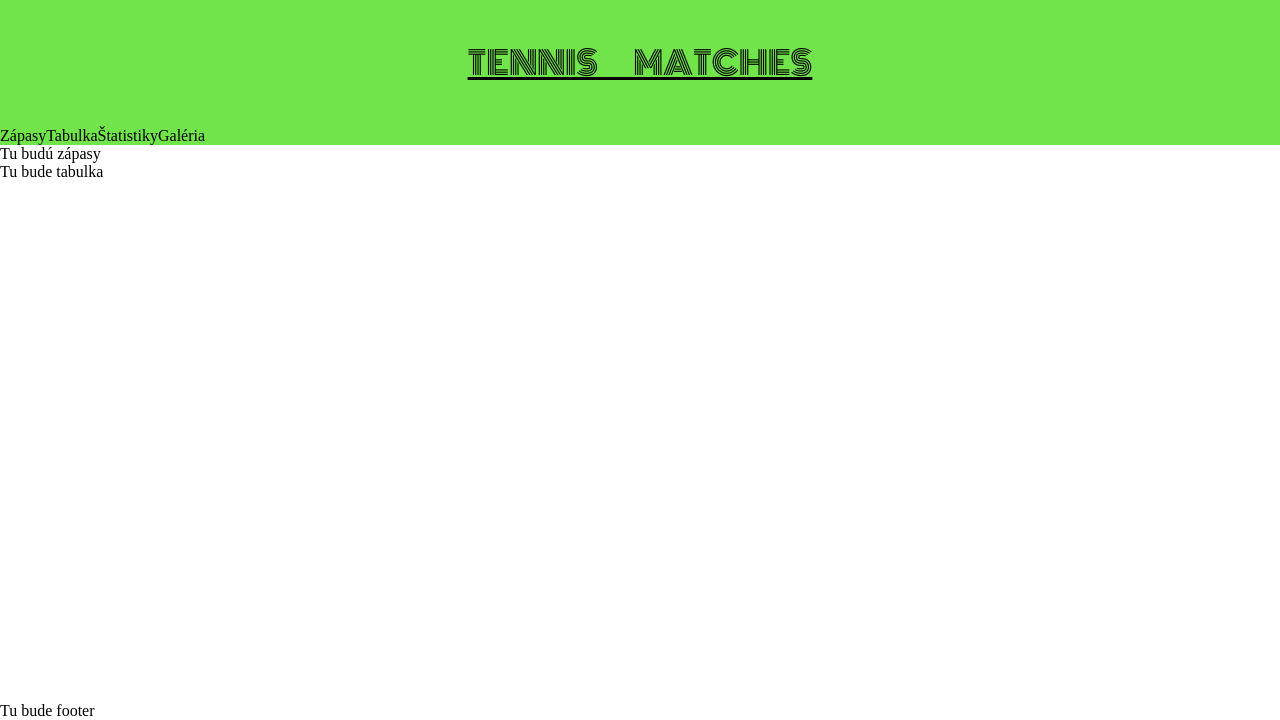
Repository: Badynko/tenis-app
Page: /
These files come from the project's save history. The page is drawn as it stood at one moment and after the next save; the edit follows.
The browser window is 1280 px wide. The pictures show the whole page.
The project was rebuilt for these pictures with package versions that can differ from the ones it lists, and the page was loaded fresh each time.

Above is the page before, as saved 2024-07-10 15:33:02.

### src/index.css
@import url("https://fonts.googleapis.com/css2?family=Monoton&family=Quicksand:wght@500;700&display=swap");

* {
  margin: 0;
  padding: 0;
  box-sizing: border-box;
}

.app {
  width: 100%;
  height: 100vh;
  display: grid;
  grid-template-rows: auto auto 1fr auto;
}

h1 {
  text-decoration: underline;
  word-spacing: 2rem;
  text-align: center;
  background-color: #70e44a;
  font-family: "Monoton";
  font-size: 2rem;
  text-transform: uppercase;
  font-weight: 400;
  padding: 2.4rem 0;
}

.menu {
  text-decoration: none;
  display: flex;
  text-align: center;
  background-color: #70e44a;
  font-size: 1rem;
  font-weight: 400;
}

li {
  list-style-type: none;
}

### src/App.js
export default function App() {
  return (
    <div className="app">
      <Header />
      <Matches />
      <Table />
      <Stats />
    </div>
  );
}

function Header() {
  return (
    <div className="header">
      <h1>Tennis Matches</h1>
      <nav>
        <ul className="menu">
          <li>Zápasy</li>
          <li>Tabulka</li>
          <li>Štatistiky</li>
          <li>Galéria</li>
        </ul>
      </nav>
    </div>
  );
}

function Matches() {
  return (
    <div>
      <p>Tu budú zápasy</p>
    </div>
  );
}

function Table() {
  return (
    <div>
      <p>Tu bude tabulka</p>
    </div>
  );
}

function Stats() {
  return (
    <footer className="stats">
      <p>Tu bude footer</p>
    </footer>
  );
}

Loaded but not shown: public/index.html (common file); src/index.js (common file)

After the next save:
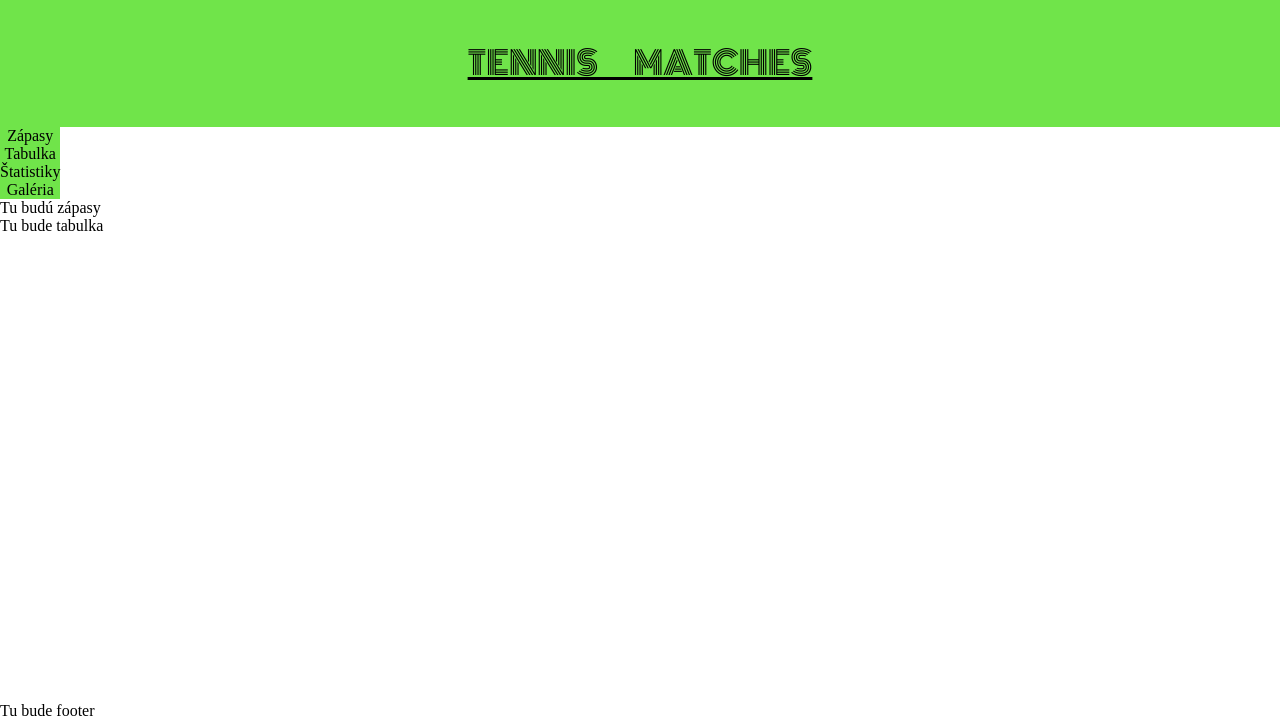
Saved 10 s later.
--- a/src/index.css
+++ b/src/index.css
@@ -27,7 +27,7 @@ h1 {
 
 .menu {
   text-decoration: none;
-  display: flex;
+  display: inline-block;
   text-align: center;
   background-color: #70e44a;
   font-size: 1rem;
